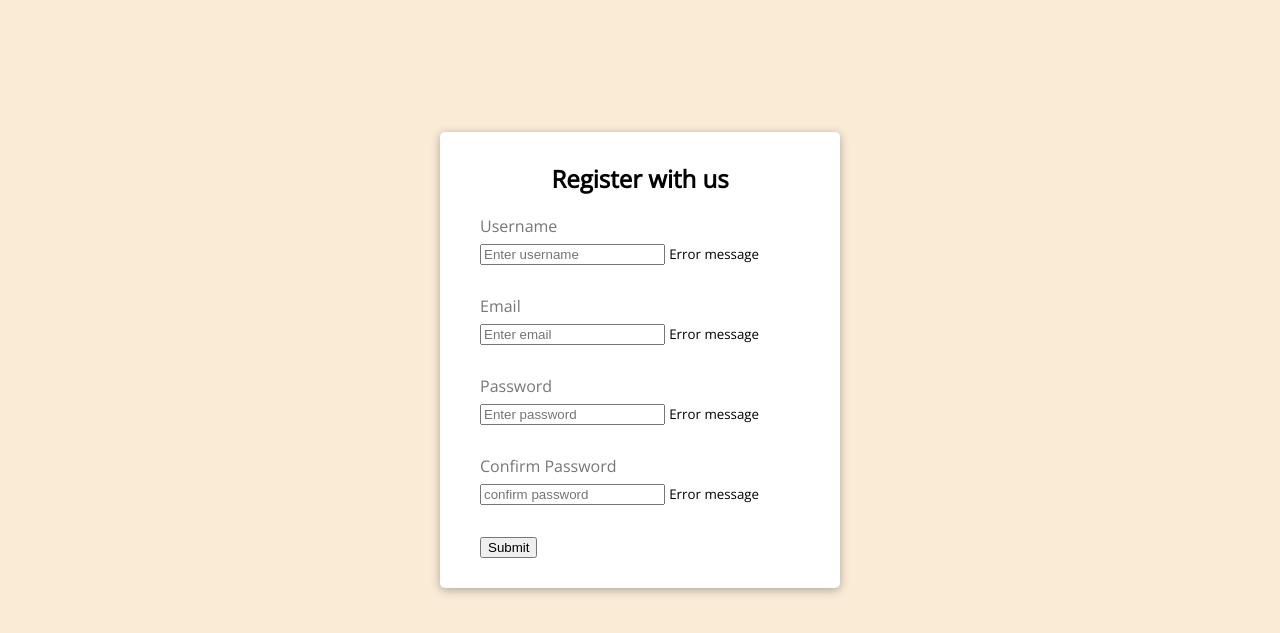
Repository: Azariagmt/Vanilla-javascript
Page: Form-Validator/index.html
The author's editor kept a copy of each file at every save. The page is drawn from the files as they stood at one save, then again after a run of saves.
The browser window is 1280 px wide. The pictures show the whole page.

Above is the page before, as saved 2020-04-20 09:41:55.

### Form-Validator/index.html
<!DOCTYPE html>
<!--[if lt IE 7]>      <html class="no-js lt-ie9 lt-ie8 lt-ie7"> <![endif]-->
<!--[if IE 7]>         <html class="no-js lt-ie9 lt-ie8"> <![endif]-->
<!--[if IE 8]>         <html class="no-js lt-ie9"> <![endif]-->
<!--[if gt IE 8]><!--> <html class="no-js"> <!--<![endif]-->
    <head>
        <meta charset="utf-8">
        <meta http-equiv="X-UA-Compatible" content="IE=edge">
        <title>Form Validator</title>
        <meta name="description" content="">
        <meta name="viewport" content="width=device-width, initial-scale=1">
        <link rel="stylesheet" href="style.css">
    </head>
    <body>
        <!--[if lt IE 7]>
            <p class="browsehappy">You are using an <strong>outdated</strong> browser. Please <a href="#">upgrade your browser</a> to improve your experience.</p>
        <![endif]-->

        <div class="container">
            <form action="" id="form" class="form">
                <h2> Register with us   </h2>
                <div class="form-control">
                    <label for="username">Username</label>
                    <input type="text" id="username" placeholder="Enter username">
                    <small> Error message</small>
                </div>
                <div class="form-control">
                    <label for="email">Email</label>
                    <input type="text" id="email" placeholder="Enter email">
                    <small> Error message</small>
                </div>
                <div class="form-control">
                    <label for="password">Password</label>
                    <input type="password" id="password" placeholder="Enter password">
                    <small> Error message</small>
                </div>
                <div class="form-control">
                    <label for="confirm">Confirm Password</label>
                    <input type="password" id="confirm" placeholder="confirm password">
                    <small> Error message</small>
                </div>
                <button>Submit</button>
            </form>
        </div>
        <script src="script.js" async defer></script>
    </body>
</html>

### Form-Validator/style.css
@import url('https://fonts.googleapis.com/css2?family=Open+Sans:wght@300&display=swap');

*{
    box-sizing: border-box;
}

body{
    background-color: antiquewhite;
    font-family: 'Open Sans', sans-serif;
    display: flex;
    align-items: center;
    justify-content: center;
    min-height: 100vh;
    margin: 0;
}

.container{
    background-color:white;
    border-radius: 5px;
    box-shadow: 0 2px 10px rgba(0, 0, 0, .3);
    width: 400px;
}

h2{
    text-align: center;
    margin: 0 0 20px;
}

.form{
    padding: 30px 40px;
}

.form-control{
    margin-bottom: 10px;
    padding-bottom: 20px;
    position: relative;
}

.form-control label{
    color:#777;
    display: block;
    margin-bottom: 5px;
}

.form-control input{
    border: 2px solid whi;
}

Loaded but not shown: Form-Validator/script.js (no copy from this time; the picture is the same without it)

After the next 6 saves:
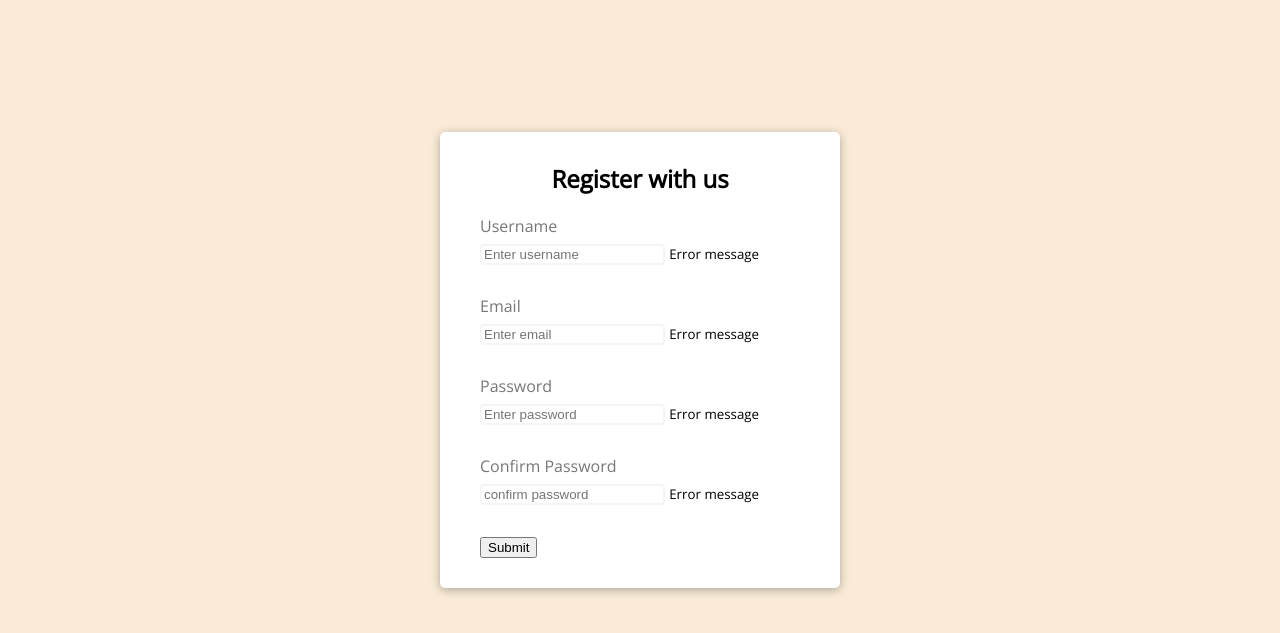
The 6 saves are shown as one change because they came seconds apart.
The last was saved 18 s later.
--- a/Form-Validator/style.css
+++ b/Form-Validator/style.css
@@ -43,5 +43,6 @@ h2{
 }
 
 .form-control input{
-    border: 2px solid whi;
+    border: 2px solid whitesmoke;
+    border-radius: 4px;
 }
